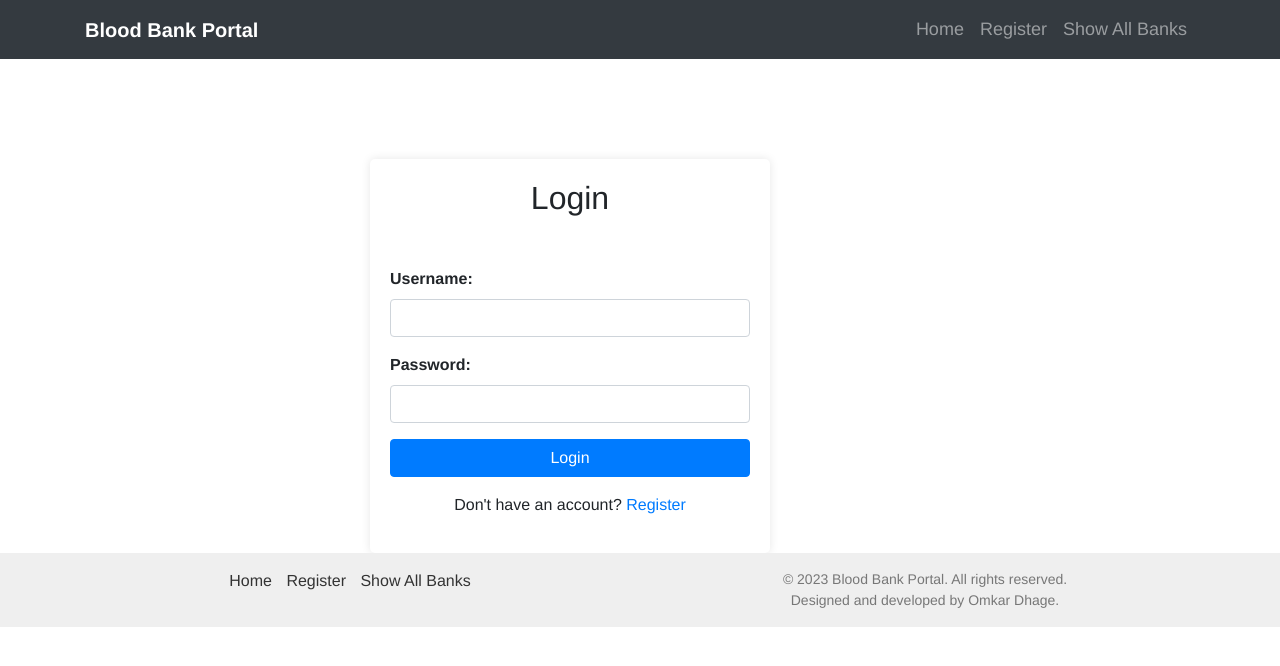
Repository: omi4535/Decentralized_Blood_Bank_System
Page: http://localhost/blood_bank_system/login.jsp
An editor plug-in stored every save of this project. The page is shown before and after the next save, followed by the edit.
The browser window is 1280 px wide. The pictures show the whole page.
Some web libraries are served in a nearby version. The page is served by Tomcat 9. Other server files are loaded and not shown.

Above is the page before, as saved 2023-07-04 18:23:50.

### blood bank system/src/main/webapp/login.jsp
<%@ page language="java" contentType="text/html; charset=UTF-8"
    pageEncoding="UTF-8"%>
<%@ page contentType="text/html; charset=UTF-8" %>
<!DOCTYPE html>
<html lang="en">
<head>
    <meta charset="UTF-8">
    <meta name="viewport" content="width=device-width, initial-scale=1.0">
    <title>Login</title>
    <link rel="stylesheet" href="https://maxcdn.bootstrapcdn.com/bootstrap/4.5.2/css/bootstrap.min.css">
    <style>
        body {
            background-color: #f8f9fa;
        }
        .login-container {
            margin-top: 100px;
            max-width: 400px;
            background-color: #fff;
            border-radius: 5px;
            box-shadow: 0px 0px 10px rgba(0, 0, 0, 0.1);
            padding: 20px;
        }
        .login-container h2 {
            text-align: center;
            margin-bottom: 50px;
        }
        .form-group {
            margin-bottom: 20px;
        }
        .form-group label {
            font-weight: bold;
        }
        .btn-login {
            width: 100%;
        }
        .text-center {
            text-align: center;
        }
    </style>
</head>
<body>
<%@ include file="NavBar.jsp"%>
    <div class="container">
        <div class="row justify-content-center">
            <div class="col-md-6">
                <div class="login-container">
                    <h2>Login</h2>
                    <form action="loginServlet" method="POST">
                        <div class="form-group">
                            <label for="username">Username:</label>
                            <input type="text" class="form-control" id="username" name="username" required>
                        </div>
                        <div class="form-group">
                            <label for="password">Password:</label>
                            <input type="password" class="form-control" id="password" name="password" required>
                        </div>
                        <div class="form-group">
                            <button type="submit" class="btn btn-primary btn-login">Login</button>
                        </div>
                    </form>
                    <p class="text-center">Don't have an account? <a href="register.jsp">Register</a></p>
                </div>
            </div>
        </div>
    </div>
    <%@ include file="footer.jsp"%>
</body>
</html>

### blood bank system/src/main/webapp/NavBar.jsp
<%@ page language="java" contentType="text/html; charset=UTF-8"
    pageEncoding="UTF-8"%>
<!DOCTYPE html>
<html>
<head>
    <meta charset="UTF-8">
    <meta name="viewport" content="width=device-width, initial-scale=1.0">
    <title>Blood Bank Portal</title>
    <link rel="stylesheet" href="https://maxcdn.bootstrapcdn.com/bootstrap/4.5.2/css/bootstrap.min.css">
    <style>
        .navbar-brand {
            font-weight: bold;
        }

        .navbar-nav .nav-link {
            font-size: 18px;
        }
    </style>
</head>
<body>
    <nav class="navbar navbar-expand-lg navbar-dark bg-dark">
        <div class="container">
            <a class="navbar-brand" href="index.jsp">Blood Bank Portal</a>
            <button class="navbar-toggler" type="button" data-toggle="collapse" data-target="#navbarNav" aria-controls="navbarNav" aria-expanded="false" aria-label="Toggle navigation">
                <span class="navbar-toggler-icon"></span>
            </button>
            <div class="collapse navbar-collapse" id="navbarNav">
                <ul class="navbar-nav ml-auto">
                    <li class="nav-item">
                        <a class="nav-link" href="index.jsp">Home</a>
                    </li>
                    <li class="nav-item">
                        <a class="nav-link" href="registration.jsp">Register</a>
                    </li>
                    <li class="nav-item">
                        <a class="nav-link" href="/all_banks">Show All Banks</a>
                    </li>
                </ul>

            </div>
        </div>
    </nav>

</body>
</html>

### blood bank system/src/main/webapp/footer.jsp
<%@ page language="java" contentType="text/html; charset=UTF-8"
	pageEncoding="UTF-8"%>
<!DOCTYPE html>
<html lang="en">
<head>
<meta charset="UTF-8">
<meta name="viewport" content="width=device-width, initial-scale=1.0">
<title>Blood Bank Portal</title>
<link rel="stylesheet"
	href="https://maxcdn.bootstrapcdn.com/bootstrap/4.5.2/css/bootstrap.min.css">
<style>

*,
*:before,
*:after {
  -webkit-box-sizing: border-box;
  -moz-box-sizing:    border-box;
  box-sizing:         border-box;
}

html {
  height: 100%;
}

body {
  position: relative;
  margin: 0;
  padding-bottom: 4rem;
  min-height: 100%;
  font-family: "Helvetica Neue", Arial, sans-serif;
}

.footer {
	background-color: #f8f9fa;
	padding: 20px;
	position: relative;
	right: 0;
	bottom: 0;
	left: 0;
	padding: 1rem;
	background-color: #efefef;
	text-align: center;
}

.footer-links a {
	color: #333;
	margin-right: 10px;
}

.footer-info {
	color: #777;
	font-size: 14px;
}
</style>
</head>
<body>


	<footer class="footer">
		<div class="container">
			<div class="row">
				<div class="col-md-6">
					<div class="footer-links">
						<a href="index.jsp">Home</a> <a href="registration.jsp">Register</a>
						<a href="All_banks.jsp">Show All Banks</a>
					</div>
				</div>
				<div class="col-md-6">
					<div class="footer-info">
						&copy; 2023 Blood Bank Portal. All rights reserved. <br>
						Designed and developed by Omkar Dhage.
					</div>
				</div>
			</div>
		</div>
	</footer>

	<script src="https://code.jquery.com/jquery-3.5.1.slim.min.js"></script>
	<script
		src="https://cdn.jsdelivr.net/npm/@popperjs/core@1.16.0/dist/umd/popper.min.js"></script>
	<script
		src="https://maxcdn.bootstrapcdn.com/bootstrap/4.5.2/js/bootstrap.min.js"></script>
</body>
</html>

After the next save:
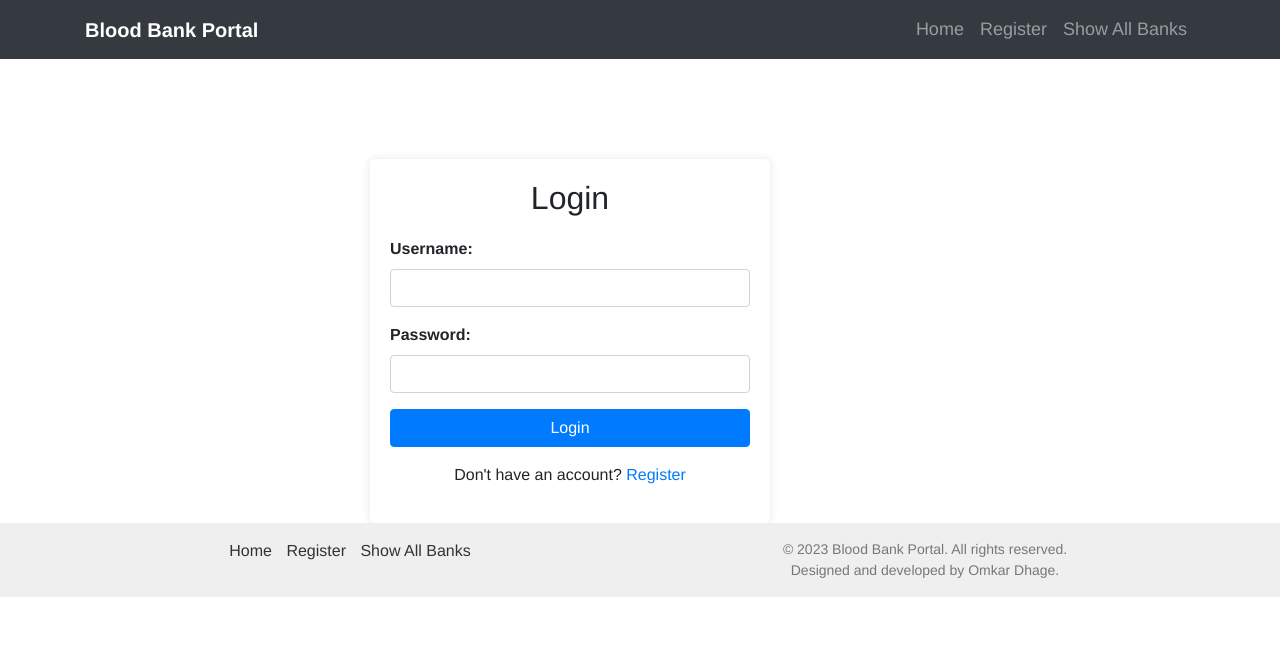
Saved 6 s later.
--- a/blood bank system/src/main/webapp/login.jsp
+++ b/blood bank system/src/main/webapp/login.jsp
@@ -22,7 +22,7 @@
         }
         .login-container h2 {
             text-align: center;
-            margin-bottom: 50px;
+            margin-bottom: 20px;
         }
         .form-group {
             margin-bottom: 20px;
